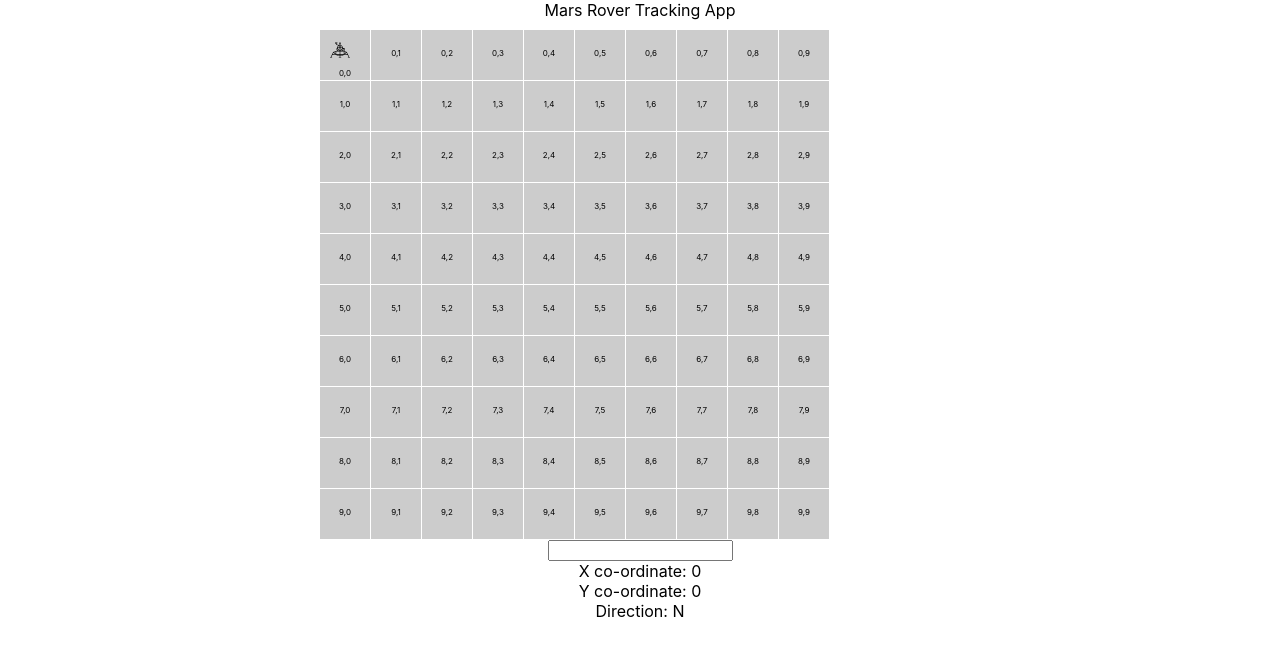
Repository: madhurisandbhor/Rover-Tracking-App
Page: /
An editor plug-in stored every save of this project. The page is shown before and after the next save, followed by the edit.
The browser window is 1280 px wide. The pictures show the whole page.
The project was rebuilt for these pictures with package versions that can differ from the ones it lists, and the page was loaded fresh each time.

Above is the page before, as saved 2021-09-06 19:09:14.

### src/App.js
import './App.css';
import Grid from './Grid'

function App() {
  return (
    <div className="App">
      <div>Mars Rover Tracking App</div>
      <Grid />
    </div>
  );
}

export default App;

### src/Grid.jsx
import React, { useState, useEffect } from 'react'
import { maxY, maxX, x, y, d } from './constants'
import testGrid from './testGrid'
import roverIcon from './svg/rover-icon.svg'

const wrapper = {
  width: '50%',
  margin: '10px auto',
}

const grid= {
    display: 'grid',
    gridTemplateColumns: `repeat(${maxY + 1}, 50px)`,
    gridTemplateRows: `repeat(${maxX + 1}, 50px)`,
    gridGap: '1px',
  }

const itemStyle = {
  padding: '10px',
  backgroundColor: '#ccc',
}

const itemSpan = {
  fontSize: '8px',
}

const roverImg = {
  width: '20px',
  height: '20px',
  alignText: 'center',
}

const Grid = () => {
  const gridLength = (maxX + 1) * (maxY + 1)
  const totalItems = Array(gridLength).fill()
  const [input, setInput] = useState('')
  const [roverXPosition, setRoverXPosition] = useState(x)
  const [roverYPosition, setRoverYPosition] = useState(y)
  const [roverDirection, setRoverDirection] = useState(d)
  const [transformProp, setTransformProp] = useState()

  useEffect(() => {
    const result = testGrid(input)
    setRoverXPosition(result[0]) // X-position
    setRoverYPosition(result[1]) // y-position
    setRoverDirection(result[2]) // direction

    if (roverDirection === 'N') setTransformProp('rotate(0deg)')
    else if (roverDirection === 'E') setTransformProp('rotate(90deg)')
    else if (roverDirection === 'S') setTransformProp('rotate(180deg)')
    else if (roverDirection === 'W') setTransformProp('rotate(-90deg)')
  }, [input, roverDirection])

  return (
    <div style={wrapper}>
      <div style={grid}>
        {totalItems.map((item, index) => (
          <div key={index} style={itemStyle}>
            {roverXPosition * 10 + roverYPosition === index && (
              <div style={roverImg}>
                <img
                  style={{ width: '100%', transform: transformProp }}
                  src={roverIcon}
                  alt="rover"
                />
              </div>
            )}
            <span style={itemSpan}>
              {Math.floor(index / 10)},{index % 10}
            </span>
          </div>
        ))}
      </div>
      <input
        name="inputString"
        value={input}
        onChange={(event) => setInput(event.target.value)}
      />
      <div>
        <div>X co-ordinate: {roverXPosition}</div>
        <div>Y co-ordinate: {roverYPosition}</div>
        <div> Direction: {roverDirection}</div>
      </div>
    </div>
  )
}

export default Grid

### src/constants.js
export const x = 0, y = 0, maxX = 9, maxY = 9;
export const d = 'N';
export const directionsToRight = ['N', 'E', 'S', 'W']
export const directionsToLeft = ['N', 'W', 'S', 'E']

### src/testGrid.js
import {
  x,
  y,
  d,
  directionsToRight,
  directionsToLeft,
  maxX,
  maxY,
} from './constants'

const testGrid = (testString) => {
  const roverPosition = [x, y, d]
  const testArr = testString.split('')

  for (let i = 0; i < testArr.length; i++) {
    if (testArr[i] === 'r') {
      let currDirIndex = directionsToRight.findIndex(
        (item) => item === roverPosition[2]
      )
      if (currDirIndex > -1 && currDirIndex < 3)
        roverPosition[2] = directionsToRight[currDirIndex + 1]
      else roverPosition[2] = directionsToRight[0]
    } else if (testArr[i] === 'l') {
      let currDirIndex = directionsToLeft.findIndex(
        (item) => item === roverPosition[2]
      )
      if (currDirIndex > -1 && currDirIndex < 3)
        roverPosition[2] = directionsToLeft[currDirIndex + 1]
      else roverPosition[2] = directionsToLeft[0]
    } else if (testArr[i] === 'f') {
      if (roverPosition[2] === 'E') {
        if (roverPosition[1] < maxY) roverPosition[1]++
        else roverPosition[1] = 0
      } else if (roverPosition[2] === 'S') {
        if (roverPosition[0] < maxX) roverPosition[0]++
        else roverPosition[0] = 0
      } else if (roverPosition[2] === 'N') {
        if (roverPosition[0] <= 0) roverPosition[0] = maxX
        else roverPosition[0]--
      } else if (roverPosition[2] === 'W') {
        if (roverPosition[1] <= 0) roverPosition[1] = maxY
        else roverPosition[1]--
      }
    }
  }

  return roverPosition
}

export default testGrid

Loaded but not shown: public/index.html (common file); src/index.js (common file); src/index.css (common file); src/App.css (common file)

After the next save:
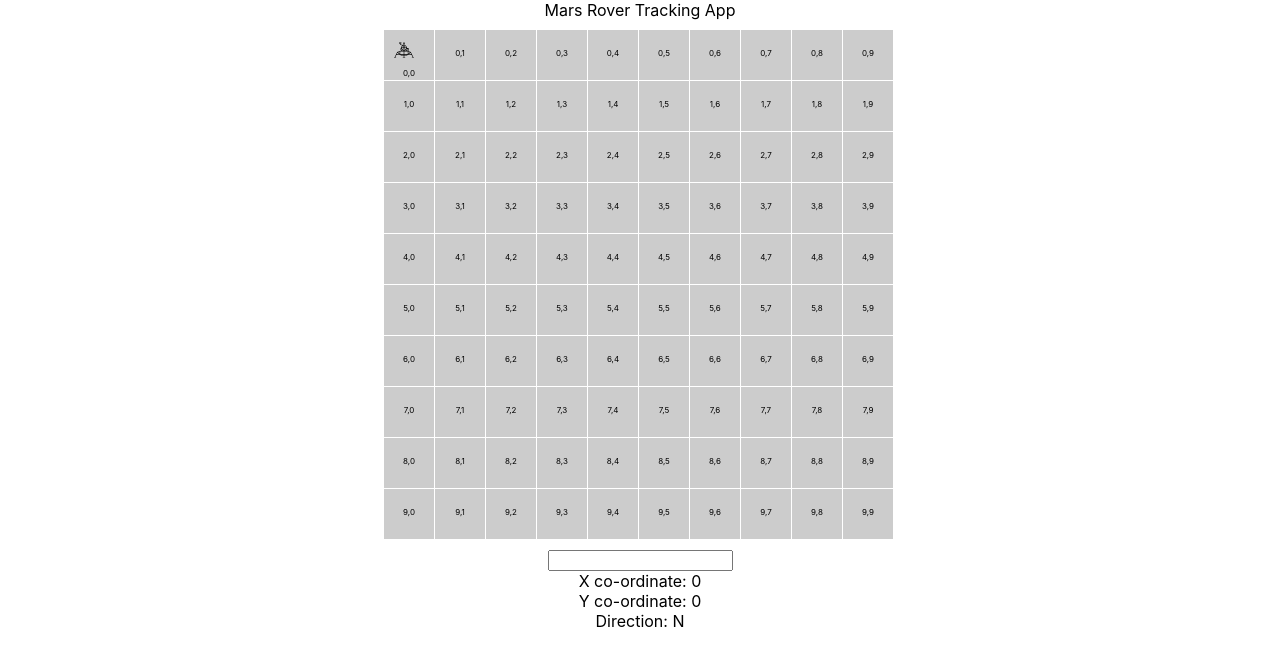
Saved 88 s later.
--- a/src/Grid.jsx
+++ b/src/Grid.jsx
@@ -8,12 +8,14 @@ const wrapper = {
   margin: '10px auto',
 }
 
-const grid= {
-    display: 'grid',
-    gridTemplateColumns: `repeat(${maxY + 1}, 50px)`,
-    gridTemplateRows: `repeat(${maxX + 1}, 50px)`,
-    gridGap: '1px',
-  }
+const grid = {
+  width: '80%',
+  margin: '10px auto',
+  display: 'grid',
+  gridTemplateColumns: `repeat(${maxY + 1}, 50px)`,
+  gridTemplateRows: `repeat(${maxX + 1}, 50px)`,
+  gridGap: '1px',
+}
 
 const itemStyle = {
   padding: '10px',
